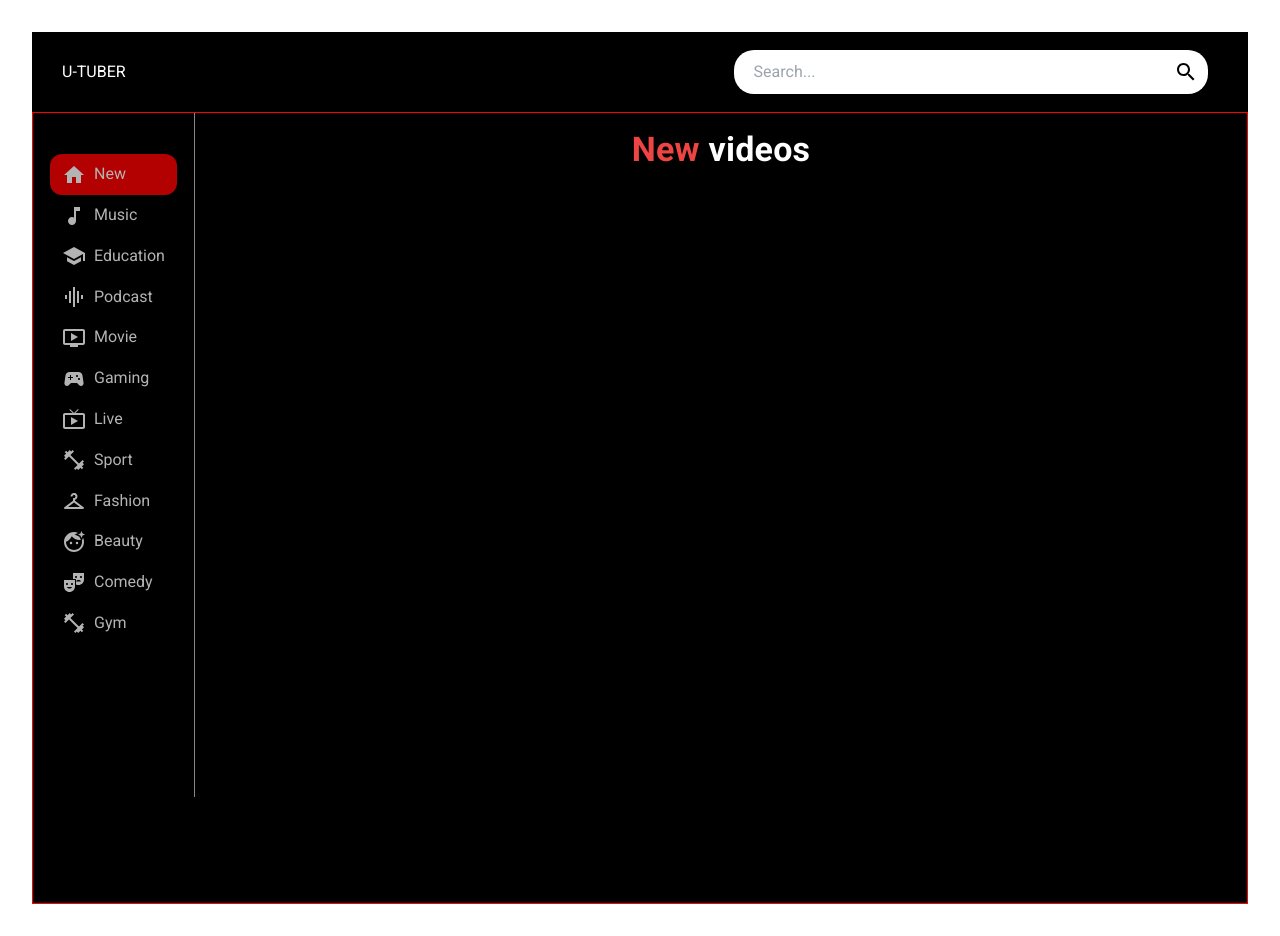
Repository: Nurlan-Bakenbaev/YoutubeClone
Page: /
An editor plug-in stored every save of this project. The page is shown before and after the next save, followed by the edit.
The browser window is 1280 px wide. The pictures show the whole page.
The page's requests for data from a server got no answer. The project was rebuilt for these pictures with package versions that can differ from the ones it lists, and the page was loaded fresh each time. No one was signed in, and anything a server would have sent is missing. Also part of the build but not shown: vite.config.js, src/components/VideoCard.jsx, src/components/ChannelCard.jsx, src/components/VideoDetails.jsx, src/components/SearchFeed.jsx, src/components/ChannelDetails.jsx.

Above is the page before, as saved 2023-09-08 15:40:57.

After the next save:
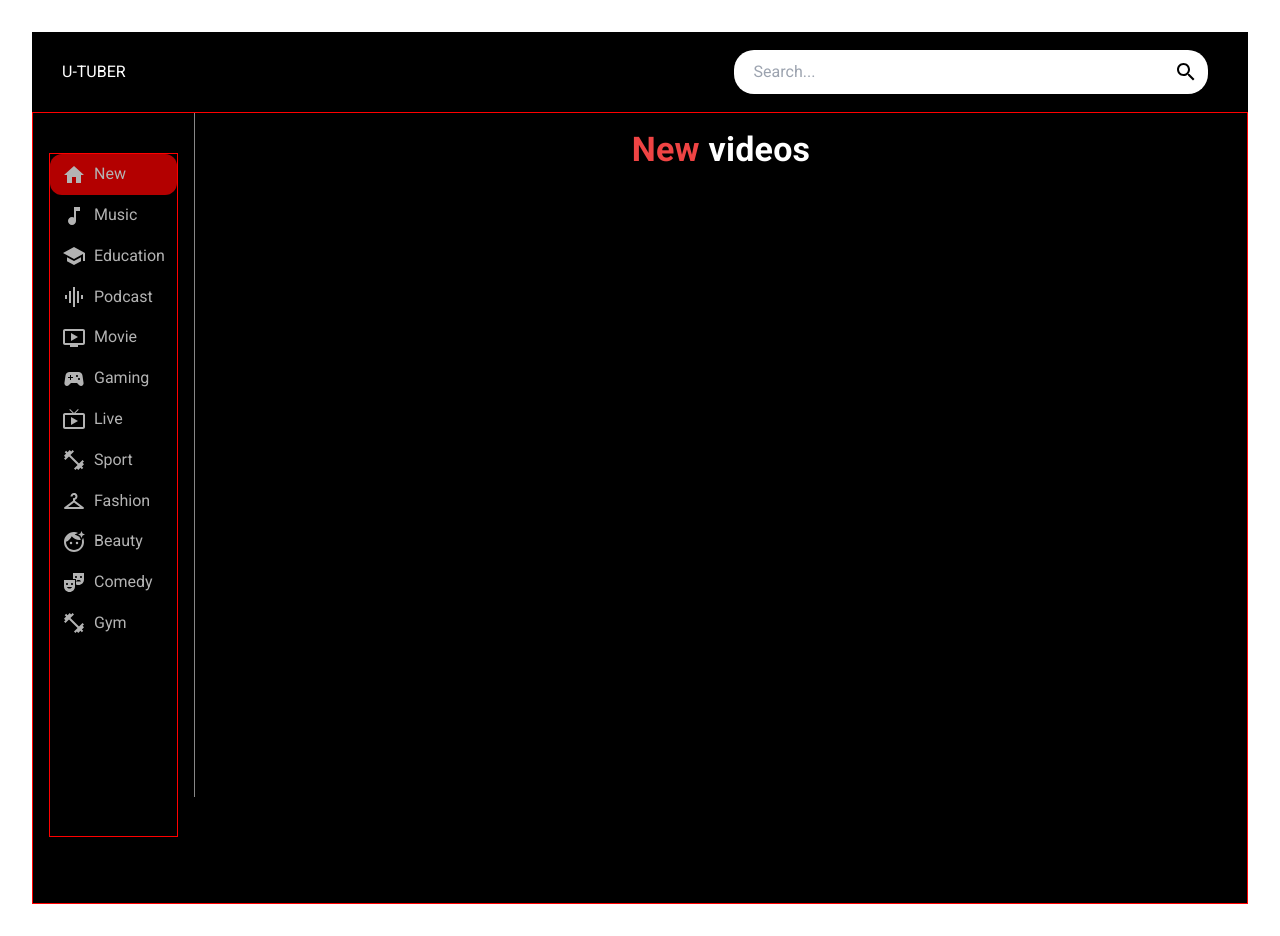
Saved 12 s later.
--- a/src/components/SideBar.jsx
+++ b/src/components/SideBar.jsx
@@ -12,7 +12,7 @@ const SideBar = ({ selectedCategory, setSelectedCategory }) => {
         overflowX: "auto",
         height: { sx: "auto", md: "100%" },
         flexDirection: { md: "column" },
-        border:1
+        border: '1px solid red'
       }}
 >
       {categories.map((cat) => (
